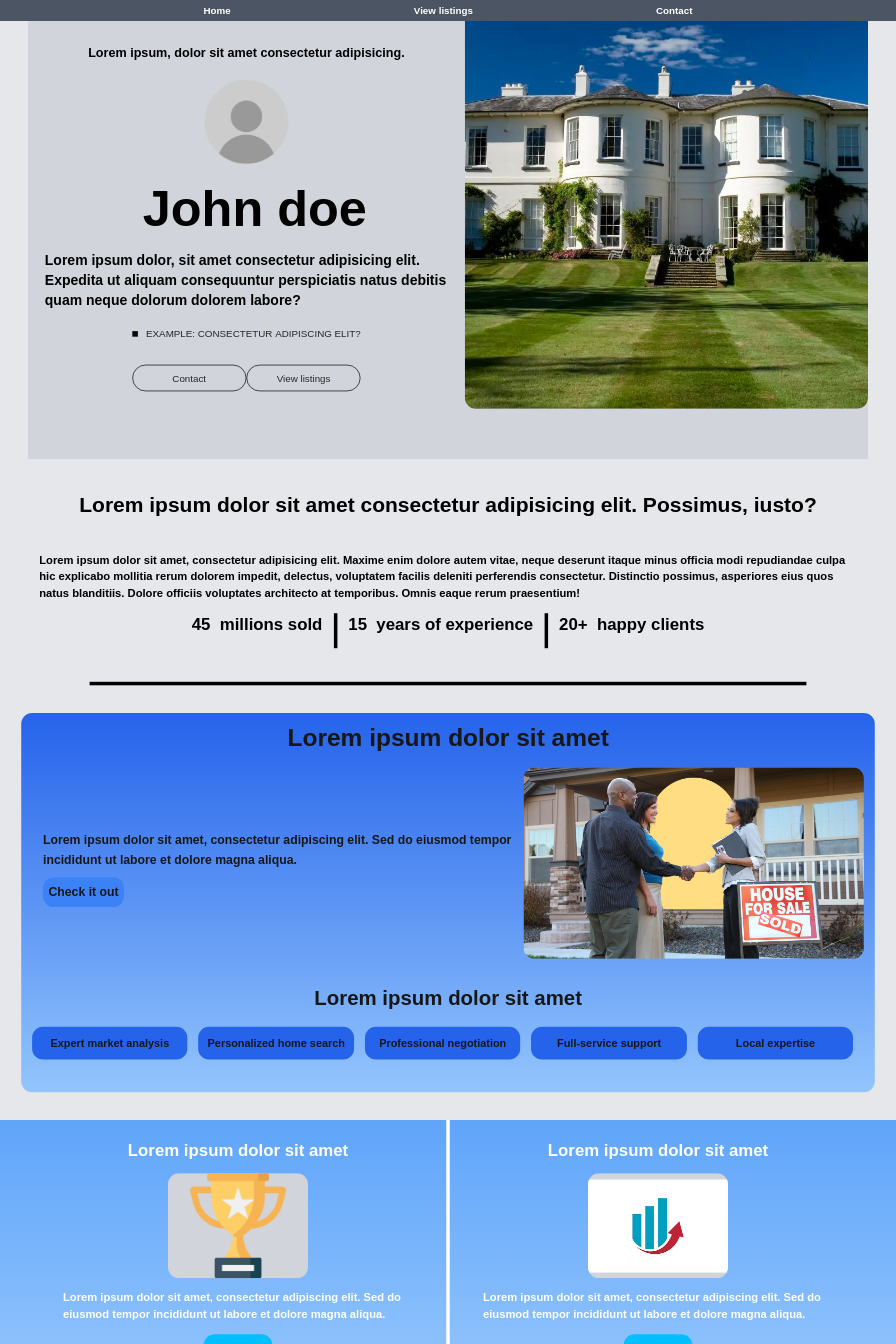
Repository: TMuse333/single-page-real-estate
Page: / (app in frontend/)
These files come from the project's save history. The page is drawn as it stood at one moment and after a run of saves; the edit follows.
The browser window is 1280 px wide. The pictures show the part of the page from y = 0 to 1920 px (the page is 6391 px tall), at 70% of full size.
The project was rebuilt for these pictures with package versions that can differ from the ones it lists, and the page was loaded fresh each time. The framework's server and built-in components were replaced by stand-ins that run in the browser. Also part of the build but not shown: frontend/next.config.mjs.

Above is the page before, as saved 2024-12-05 15:40:42.

### frontend/src/app/layout.tsx
import { ContextProvider } from "@/context/context";
import type { Metadata } from "next";
import localFont from "next/font/local";
import "./globals.css";

const geistSans = localFont({
  src: "./fonts/GeistVF.woff",
  variable: "--font-geist-sans",
  weight: "100 900",
});
const geistMono = localFont({
  src: "./fonts/GeistMonoVF.woff",
  variable: "--font-geist-mono",
  weight: "100 900",
});

export const metadata: Metadata = {
  title: "Bonnie Hutchins",
  description: "A sample website for Bonnie Hutchins",
};

export default function RootLayout({
  children,
}: Readonly<{
  children: React.ReactNode;
}>) {
  return (
    <html lang="en">
      <ContextProvider>


      <body
        className={`${geistSans.variable} ${geistMono.variable} antialiased`}
      >
        {children}
      </body>
      </ContextProvider>
    </html>
  );
}

### frontend/src/app/page.tsx
"use client"


import AuroraHero from "../components/auroraHero/auroraHero";
import CountUpStats from "../components/countUpStats/countUpStats";
import ExperienceCard from "../components/experienceCard/experienceCard";
import { experienceCard1, experienceCard2 ,experienceCard3,
 displayBox1, displayBox2,blogData, closingStatement, contactCard} from "@/data/data";
// import ImageTextBox from "./components/imageTextBox/imageTextBox";
import DisplayBoxes from "../components/displayBox/displayBox";
import Testimonials from "../components/testimonials/testimonials";
import ScrollCarousel from "../components/scrollCarousel/scrollCarousel";
import Closer from "../components/closer/closer";
import BigNav from "../components/navbar/bigNav";
import Footer2 from "../components/footer/footer";
import ContactCard from "../components/contactCard/contactCard";
import Herobanner from "@/components/herobanner/herobanner";
export default function Home() {
  return (
    <>

   <main className="relative w-screen overflow-x-hidden
   bg-gray-200 ">
   <BigNav
    excludedLink=""
    />
    {/* <AuroraHero/> */}
    <Herobanner/>
    <CountUpStats
    number1="45"
    number2="15.5"
    number3="20"/>

<ExperienceCard
    {...experienceCard2}
    />

    <DisplayBoxes
    data={displayBox1}
    />



<ExperienceCard
    {...experienceCard3}
    />



    <DisplayBoxes
    data={displayBox2}
    />

  <ExperienceCard
    {...experienceCard1}
    />

    <Testimonials/>

    <ScrollCarousel
    images={blogData}
    bgImage
    />



    <Closer
    {...closingStatement}
    />

<ContactCard
    {...contactCard}
    />

    <Footer2
    excludedLink=""
    />


   </main>
   </>
  );
}

### frontend/src/context/context.tsx
"use client"

import React, { createContext, useState, useContext, ReactNode, useEffect } from 'react';

// Define the type for the context value
interface GeneralContextType {

  isMobile: boolean;
  setIsMobile: React.Dispatch<React.SetStateAction<boolean>>;
  heroInView: boolean;
  setHeroInView: React.Dispatch<React.SetStateAction<boolean>>;


}

// Create the context
export const GeneralContext = createContext<GeneralContextType | undefined>(undefined);

// Create a provider component
export const ContextProvider: React.FC<{ children: ReactNode }> = ({ children }) => {
  // Initialize the value state


  // Detect mobile devices
  const [isMobile, setIsMobile] = useState<boolean>(true);

const [heroInView, setHeroInView] = useState(true)





  useEffect(() => {
    const handleScroll = () => {
      if (typeof window !== 'undefined') {
        setIsMobile(window.innerWidth <= 865);
      }
    };

    if (typeof window !== 'undefined') {
      window.addEventListener('scroll', handleScroll);
      handleScroll(); // Initial check
    }

    return () => {
      if (typeof window !== 'undefined') {
        window.removeEventListener('scroll', handleScroll);
      }
    };
  }, []);


  useEffect(() => {
    console.log('is mobile', isMobile);
  }, [isMobile]);

  const contextValue = {

    isMobile,
    setIsMobile,
    heroInView, setHeroInView

  };

  return <GeneralContext.Provider value={contextValue}>{children}</GeneralContext.Provider>;
};

export const useGeneralContext = (): GeneralContextType => {
  const context = useContext(GeneralContext);
  if (!context) {
    throw new Error('useGeneralContext must be used within a ContextProvider');
  }
  return context;
};

### frontend/src/components/countUpStats/countUpStats.tsx
"use client"
import React, {useRef} from "react";
import CountUp from "react-countup";
import { useInView} from 'framer-motion'

interface Props {
  number1: string;
  number2: string;
  number3: string;
}

const CountUpStats: React.FC<Props> = ({ number1, number2, number3 }) => {

    const ref = useRef(null)
    const inView = useInView(ref,{
        once:true
    })
  return (
    <>
    <section   ref={ref}
    className="mx-auto w-screen max-w-[1200px]
    text-black">
         <h2 className="text-center px-4 font-bold text-2xl sm:text-3xl
         my-12">Lorem ipsum dolor sit amet consectetur adipisicing elit. Possimus, iusto?</h2>
         <p className="font-semibold px-4">
            Lorem ipsum dolor sit amet, consectetur adipisicing elit. Maxime enim dolore autem vitae, neque deserunt itaque minus officia modi repudiandae culpa hic explicabo mollitia rerum dolorem impedit, delectus, voluptatem facilis deleniti perferendis consectetur. Distinctio possimus, asperiores eius quos natus blanditiis. Dolore officiis voluptates architecto at temporibus. Omnis eaque rerum praesentium!
         </p>

    <section

      className="flex mx-auto flex-col justify-center items-center mt-4
      md:flex-row font-semibold"
    >

      {/* Number 1 */}
      <div className="text-2xl mb-6 flex flex-col
      justify-center md:flex-row items-start ">
        <CountUp start={0}
          end={inView ? parseInt(number1) : 0}
         duration={2} />
         &nbsp; millions sold
         <div className="w-[50vw] h-[5px] bg-black mb-6
      md:h-[50px] md:w-[5px] mx-4 " />
      </div>

      {/* Divider */}


      {/* Number 2 */}
      <div className="text-2xl mb-6 flex flex-col
      justify-center md:flex-row items-start ">
        <CountUp start={0}
          end={inView ? parseInt(number2) : 0}
         duration={2} />
         &nbsp; years of experience
         <div className="w-[50vw] h-[5px] bg-black mb-6
      md:h-[50px] md:w-[5px] mx-4 " />
      </div>

      {/* Number 3 */}
      <div className="text-2xl mb-6 flex flex-col
      justify-center md:flex-row items-start mb-auto">
        <CountUp start={0}
          end={inView ? parseInt(number3) : 0}
         duration={2} />
         +&nbsp; happy clients

      </div>
    </section>
    </section>

    <div className="w-[80vw] max-w-[1200px]
    mx-auto h-[5px] bg-black"
    />

    </>
  );
};

export default CountUpStats;

### frontend/src/components/displayBox/displayBox.tsx
import React from "react";
import Image from 'next/image'
import Link from "next/link";


interface ElementProps {
    title:string,
    src:string,
    alt:string,
    description:string,
    buttonText:string,
    destination:string
}

const Element:React.FC<ElementProps> = ({
    title,src,alt,description,buttonText,
    destination
}) => {

    return (
        <section className="w-[90vw] mx-auto flex
        mt-2
        flex-col justify-center items-center relative

        sm:w-[45vw] max-w-[500px] mb-8">
            <h2 className="text-white text-center
            text-2xl mb-4 font-semibold">{title}</h2>
            <Image
            src={src}
            alt={alt}
            width={600}
            height={1300}
            className='w-[40vw]  h-[20vw]
            max-h-[150px] mx-auto object-contain
            max-w-[200px] bg-gray-300 rounded-2xl'
            />
            <p className="text-white my-4 font-semibold">{description}</p>
            <button className="bg-[#00bfff]
            p-2 rounded-2xl text-white">
                <Link href={destination}>
                    {buttonText}
                </Link>
            </button>


        </section>

    )
}

interface DisplayBoxProps {
    data:ElementProps[]
}

    const DisplayBoxes:React.FC<DisplayBoxProps> = ({
        data
    }) => {

        return (
            <section className="w-screen relative
            bg-gradient-to-b from-blue-400 to-blue-300 "
            >


            <section className="flex flex-col
            sm:grid grid-cols-2 justify-center
            items-center max-w-[1200px]
            mx-auto bg-gradient-to-b from-blue-400 to-blue-300
             pt-5">
                <div className="absolute
                top-1/2 w-full
                 sm:top-0
                left-1/2 -translate-x-1/2 h-[5px]
                 md:h-full
                sm:w-[5px] bg-white"/>
                {data.map((data, index) => (
                    <Element
                    {...data}
                    key={index}
                    />
                ))}
            </section>
            </section>

        )
    }


    export default DisplayBoxes

### frontend/src/components/closer/closer.tsx
"use client"

import React, { useRef} from "react";
import Link from "next/link";
import {motion, useInView} from 'framer-motion'
import Image from "next/image";


interface Props {
    image:string,
    title:string,
    description:string,
    buttonText:string,
    destination:string

}

const Closer: React.FC<Props> = ({image,title,description,
destination,buttonText}) => {

    const ref = useRef(null)

    const inView = useInView(ref,{
        once:true
    })

      const variants = {
        initial:{
            opacity:0,
            x:-100
        },
        animate:{
            x:0,
            opacity:1,
            transition:{
                opacity:{
                    duration:0.5
                }
            }
        }

      }

      const textVariants = {
        initial:{
            y:-20,
            opacity:0
        },
        animate:{
            opacity:1,
            y:0,
            transition:{
                delay:0.5
            }
        }
      }

    return (
        <motion.section ref={ref}

        className={`w-screen text-white h-[600px]
        relative flex flex-col items-center justify-center
        bg-center
        `}
        variants={variants}
        initial='initial'
        animate={inView ? 'animate' : 'initial'}
        >
            <Image src={image}
            alt="A background image of cash to signifies how you cash sell your houses fast for cash with ontario cash for houses"
            className='absolute w-full h-full
            object-cover'
                style={{
                    filter:'brightness(0.6)'
                }}
                width={600}
                height={1300}
            />

            <motion.div className="-mt-12 relative z-[4]"
              variants={textVariants}
              initial='initial'
              animate={inView ? 'animate' : 'initial'}>
            <motion.h4

            className="pl-4 text-3xl  ">{title}
            </motion.h4>

            <p className="mt-4 text-left pl-4 pr-4
            max-w-[800px] sm:text-xl ">{description}</p>

            <Link href={destination}
            passHref>
                <button className="mt-6 text-black
                bg-white ml-4 hover:bg-blue-500
                transition-all hover:text-white
                hover:scale-[1.05] p-3
                rounded-xl">
                {buttonText}
                </button>
            </Link>
            </motion.div>
        </motion.section>
    )
}

export default Closer

### frontend/src/components/contactCard/contactCard.tsx
import Image from "next/image";
import Link from "next/link";
import React from "react";



interface Props {
    src:string,
    alt:string,
    name:string,
    title:string
    description:string,
    quote:string
    phone:string,
    email:string,
    socials:{
        src:string,
        destination:string,
        alt:string
    }[]
}


const ContactCard:React.FC<Props> = ({
    src,alt,name,
    phone,email,socials,title,quote
}) => {


    return (
        <section className="mx-auto flex flex-col
        md:flex-row max-w-[1200px] my-12">
            <section className="text-center
            md:w-[33vw] max-w-[400px]">
                <h3 className="mb-2 font-bold
                text-3xl">{name}</h3>
                <h4 className="mb-2 font-semibold
                whitespace-pre-line">{title}</h4>
                <p className="mb-2 px-4">{quote}</p>
            </section>
            <section className="md:w-[33vw] max-w-[400px]">
                <Image
                src={src}
                alt={alt}
                className='w-[70vw]
                object-contain mx-auto
                max-w-[200px] hax-h-[250px]'
                width={600}
                height={1300}
                />
            </section>
            <section className="text-center  md:w-[33vw] max-w-[400px]">
                <h3 className="mb-2 text-2xl font-semibold">Contact Information</h3>
                <p className="mb-2 font-semibold">{phone}</p>
                <p className="mb-2 font-semibold whitespace-pre-line

                leading-6">{email}</p>
                {/* <ul className="flex items-center w-full
                ">
                    {socials.map((social,index)=>(
                        <li className="mx-auto"
                        key={index}
                        >
                            <Image
                            src={social.src}
                            alt={social.alt}
                            className='w-[100px]
                            object-contain'
                            width={600}
                            height={1300}
                            />
                            <Link
                            href={social.destination}
                            />
                        </li>
                    ))}
                </ul> */}
            </section>

        </section>
    )
}

export default ContactCard

### frontend/src/components/herobanner/herobanner.tsx
import Image from "next/image";
// import Link from "next/link";
import React from "react";
// import tom from '../../../public/thomas-full-body-1-nogb.png'
// import full from '../../../public/smile-tom.png'
import side from '../../../public/placeholder.png'
import home from '../../../public/home.webp'
import { TypeWriter } from "../typeWriter/typeWriter";
// import half from '../../../public/smiley-tom-half.png'
const Herobanner = () => {

    return (


       <header className="flex flex-col md:flex-row
       md:h-screen relative items-center
       mx-auto max-w-[1200px] text-black
       md:mt-[-4rem]  bg-gray-300"
    //    style={{
    //     background: 'radial-gradient(circle, #00bfff -150%, rgba(0, 191, 255, 0%) 80%)'
    //   }}
      >

        <section className="flex flex-col
        md:w-[50vw] justify-center
        items-center bg-gray-300 py-4">
             <h2 className="mx-auto p-3
             text-center
           text-lg mt-4 font-semibold ">
           Lorem ipsum, dolor sit amet consectetur adipisicing.

            </h2>


            <Image
            src={side}


            height={600}
            width={1300}
            alt='A full body image of Thomas Musial'
            className="w-[80vw] h-[20vh] object-contain mx-auto
           rounded-full bg-gray-600 md:bg-transparent

            "
            />
            <h1 className="font-semibold
            text-5xl sm:text-6xl md:text-7xl
             mt-4 text-center md:text-start md:pl-6">John doe</h1>
            <p className="mx-auto p-6 font-semibold
            text-xl">
              Lorem ipsum dolor, sit amet consectetur adipisicing elit. Expedita ut aliquam consequuntur perspiciatis natus debitis quam neque dolorum dolorem labore?
            </p>
            <TypeWriter
            />
            {/* <section className="flex mr-auto ml-6">
                <button className="bg-[#00bfff] p-3
                rounded-2xl mr-6">Contact</button>
                <button className="bg-[#00bfff] p-3
                rounded-2xl mr-6">View listings</button>
            </section> */}
            </section>

            <Image
            src={home}


            height={600}
            width={1300}
            alt='A full body image of Thomas Musial'
            className="w-[45vw] hidden rounded-2xl  object-cover mx-auto
 bg-gray-300  md:block h-[80vh] mt-a


            "
            />






       </header>
    )
}

export default Herobanner

Loaded but not shown: frontend/src/app/globals.css (common file); frontend/tailwind.config.ts (common file); frontend/src/components/navbar/bigNav.tsx (512 lines, source omitted); frontend/src/components/experienceCard/experienceCard.tsx (191 lines, source omitted); frontend/src/data/data.ts (173 lines, source omitted); frontend/src/components/testimonials/testimonials.tsx (127 lines, source omitted); frontend/src/components/scrollCarousel/scrollCarousel.tsx (161 lines, source omitted); frontend/src/components/footer/footer.tsx (178 lines, source omitted); frontend/src/components/typeWriter/typeWriter.tsx (129 lines, source omitted); frontend/src/components/slidingText/slidingText.tsx (85 lines, source omitted)

After the next 2 saves:
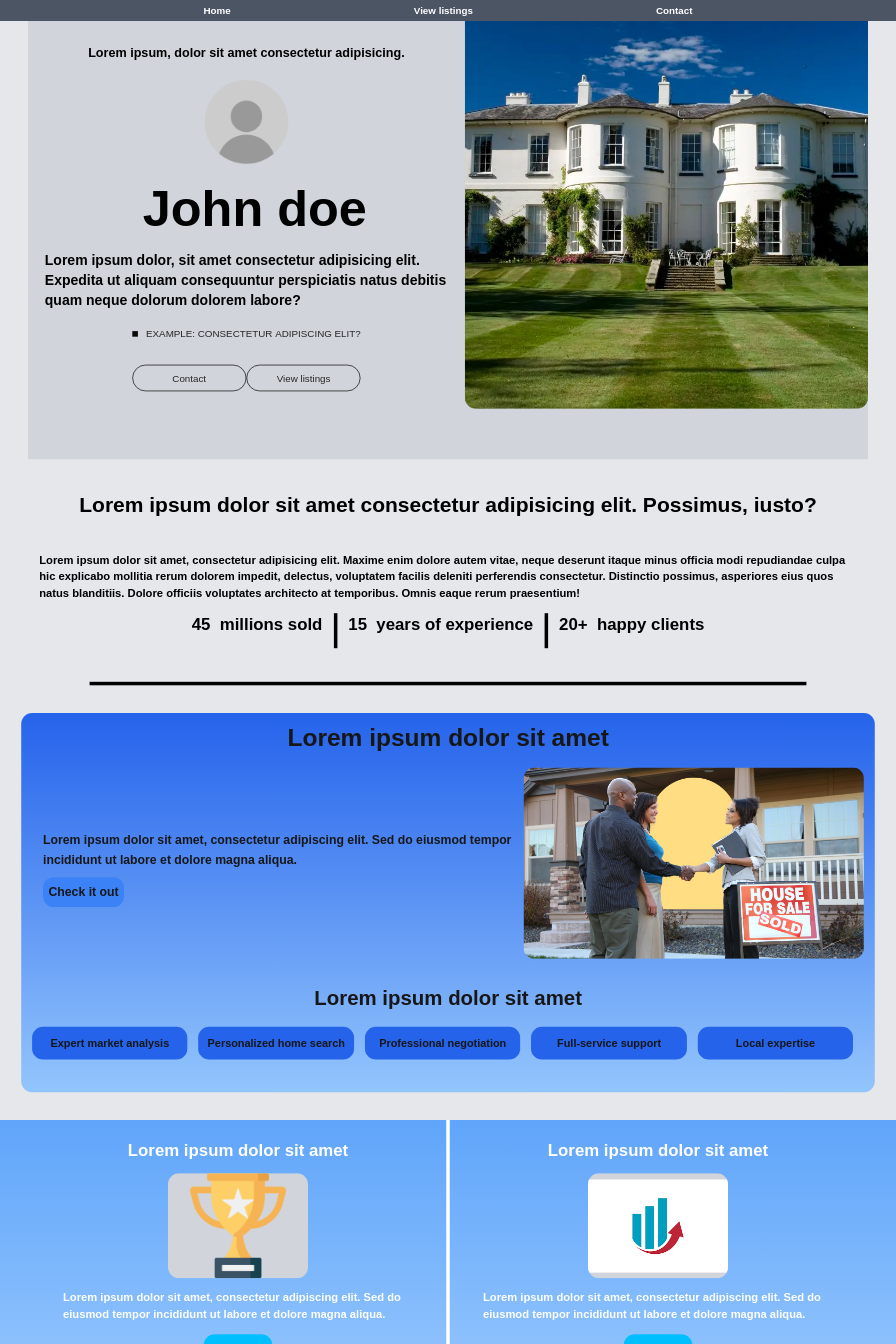
The 2 saves are shown as one change because they came seconds apart.
The last was saved 8 s later.
--- a/frontend/src/components/herobanner/herobanner.tsx
+++ b/frontend/src/components/herobanner/herobanner.tsx
@@ -69,7 +69,7 @@
             width={1300}
             alt='A full body image of Thomas Musial'
             className="w-[45vw] hidden rounded-2xl  object-cover mx-auto
- bg-gray-300  md:block h-[80vh] mt-a
+ bg-gray-300  md:block h-[80vh] mt-auto mb-auto pt-4
 
 
             "

After the save that followed:
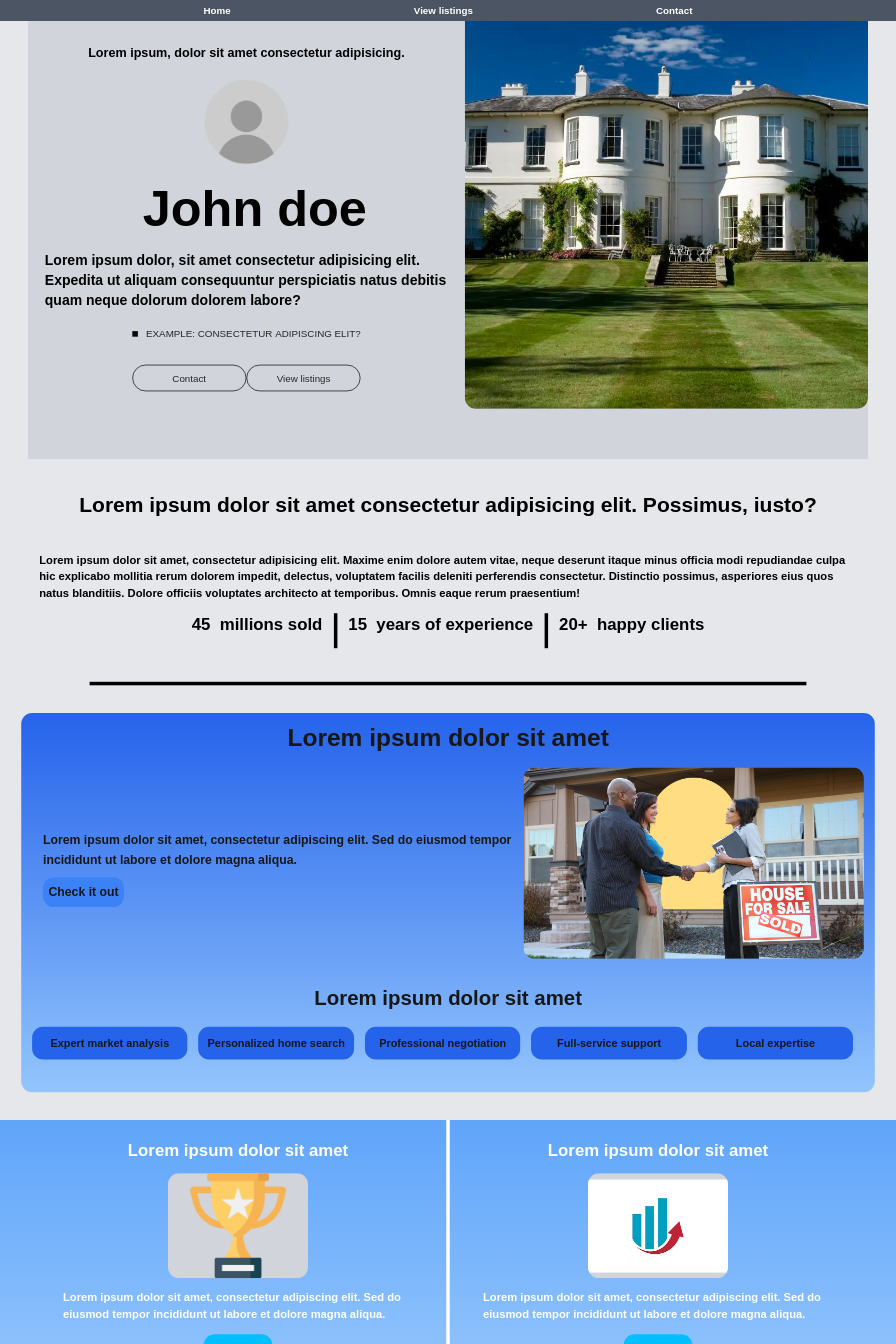
Saved 4 s later.
--- a/frontend/src/components/herobanner/herobanner.tsx
+++ b/frontend/src/components/herobanner/herobanner.tsx
@@ -69,7 +69,7 @@
             width={1300}
             alt='A full body image of Thomas Musial'
             className="w-[45vw] hidden rounded-2xl  object-cover mx-auto
- bg-gray-300  md:block h-[80vh] mt-auto mb-auto pt-4
+ bg-gray-300  md:block h-[80vh] mt-auto mb-auto
 
 
             "
